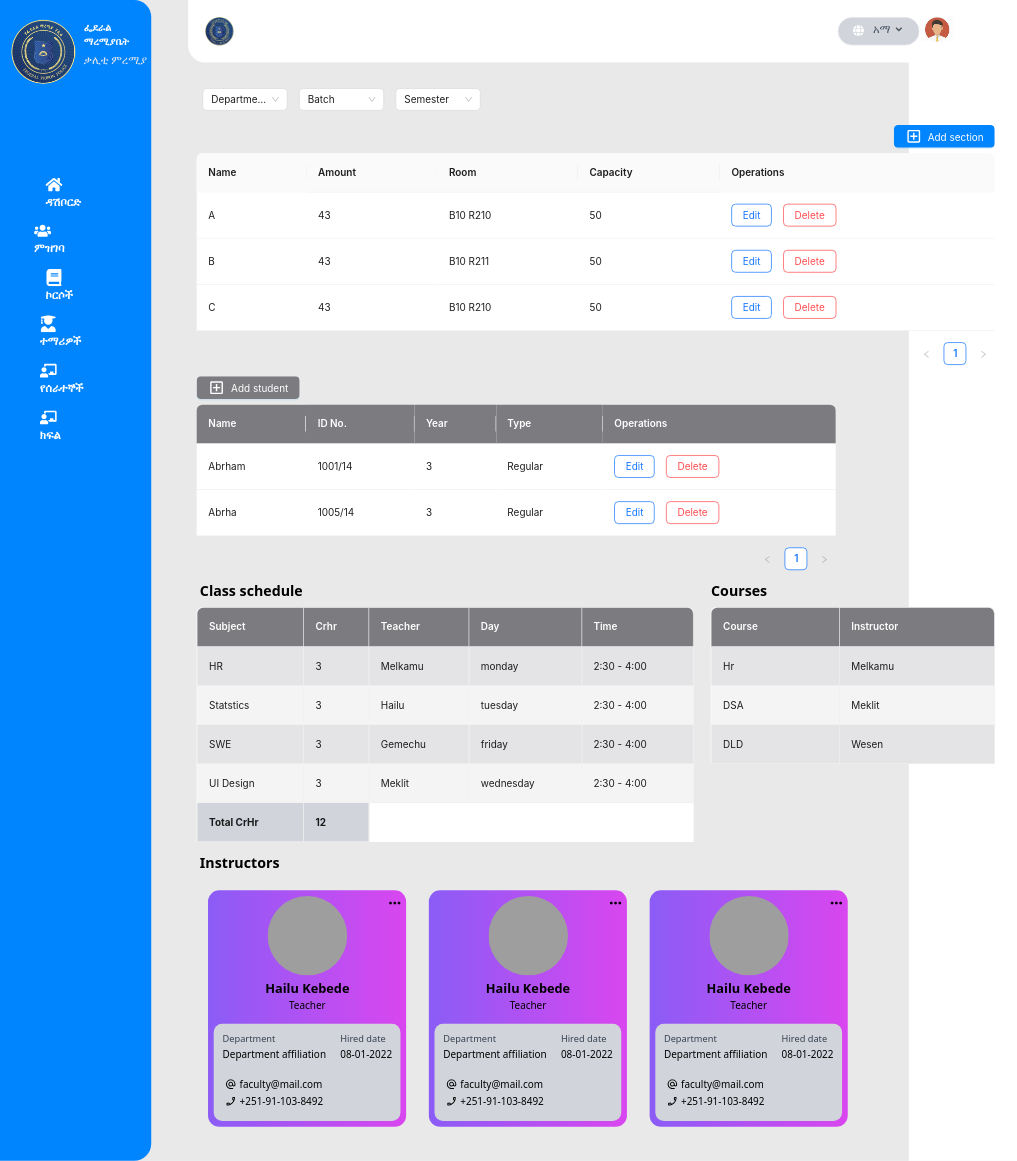
Repository: Yigoya/federal-prison-education-ms-frontend
Page: /classroom, after clicking the first element matching `td.ant-table-cell > a`
These files come from the project's save history. The page is drawn as it stood at one moment and after a run of saves; the edit follows.
The browser window is 1280 px wide. The page is 1433 px wide, so the pictures cover 1433 px, including what lies to the right of the window. The pictures show the whole page, at 71% of full size.
Pictures or frames that could not be fetched are drawn as grey boxes. The project was rebuilt for these pictures with package versions that can differ from the ones it lists, and the page was loaded fresh each time. Also part of the build but not shown: vite.config.js, src/pages/DashBoard.jsx, src/pages/Courses.jsx, src/layout/AuthLayout.jsx, src/pages/Login.jsx, src/pages/Teachers.jsx, src/pages/StudentRegistration.jsx, src/components/classroom/ComboBox.jsx and 1 more. Imported but missing from the stored project, and not drawn on this page: src/pages/Students.

Above is the page before, as saved 2024-07-05 15:17:33.

After the next 2 saves:
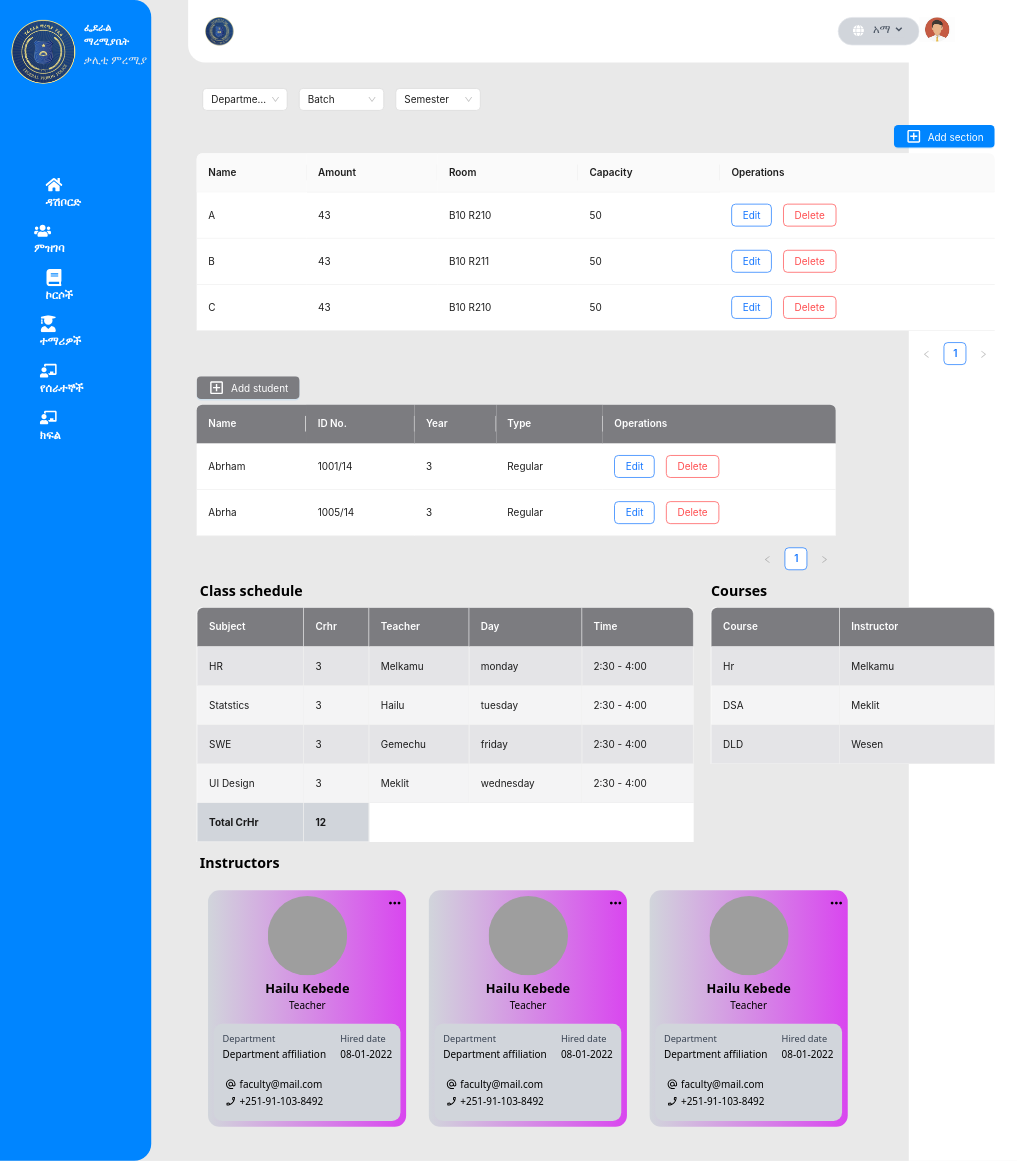
The 2 saves are shown as one change because they came seconds apart.
The last was saved 8 s later.
--- a/src/components/classroom/InstructorDetails.jsx
+++ b/src/components/classroom/InstructorDetails.jsx
@@ -4,7 +4,7 @@
 
 const InstructorDetails = () => {
   return (
-    <div className="m-4 w-fit p-2 w-2/5 rounded-2xl relative bg-gradient-to-r from-violet-500 to-fuchsia-500">
+    <div className="m-4 w-fit p-2 w-2/5 rounded-2xl relative bg-gradient-to-r from-gray-300 to-fuchsia-500">
       {/* Main content */}
       <div className="flex flex-col place-items-center">
         <div className="flex justify-between items-center">
